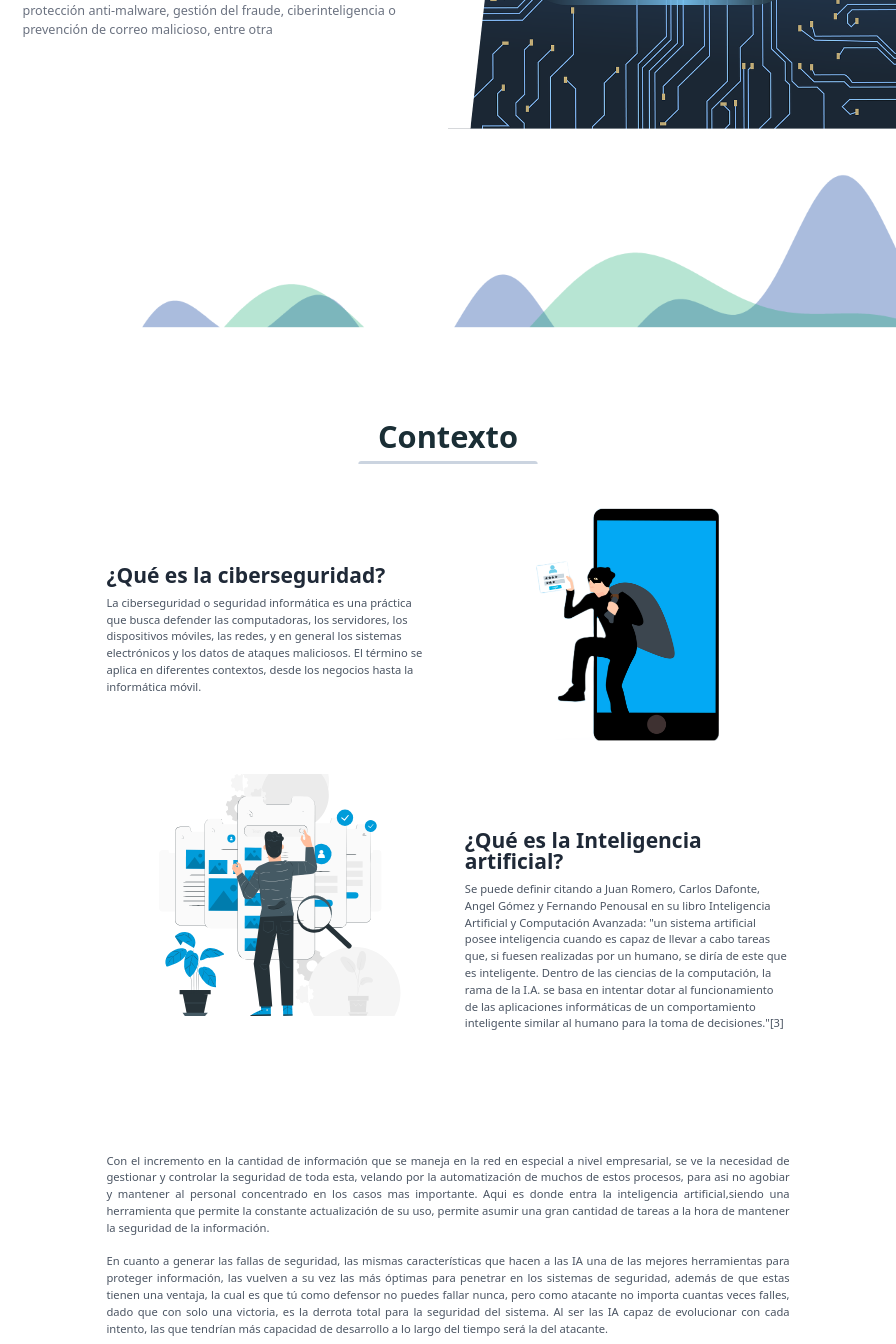
Repository: cardacar/fdi-2022
Page: /
An editor plug-in stored every save of this project. The page is shown before and after the next save, followed by the edit.
The browser window is 1280 px wide. The pictures show the part of the page from y = 674 to 2594 px (the page is 5882 px tall before and 5594 px after), at 70% of full size.
The project was rebuilt for these pictures with package versions that can differ from the ones it lists, and the page was loaded fresh each time. The framework's server and built-in components were replaced by stand-ins that run in the browser. Also part of the build but not shown: next.config.js.

Above is the page before, as saved 2022-08-07 16:24:41.

After the next save:
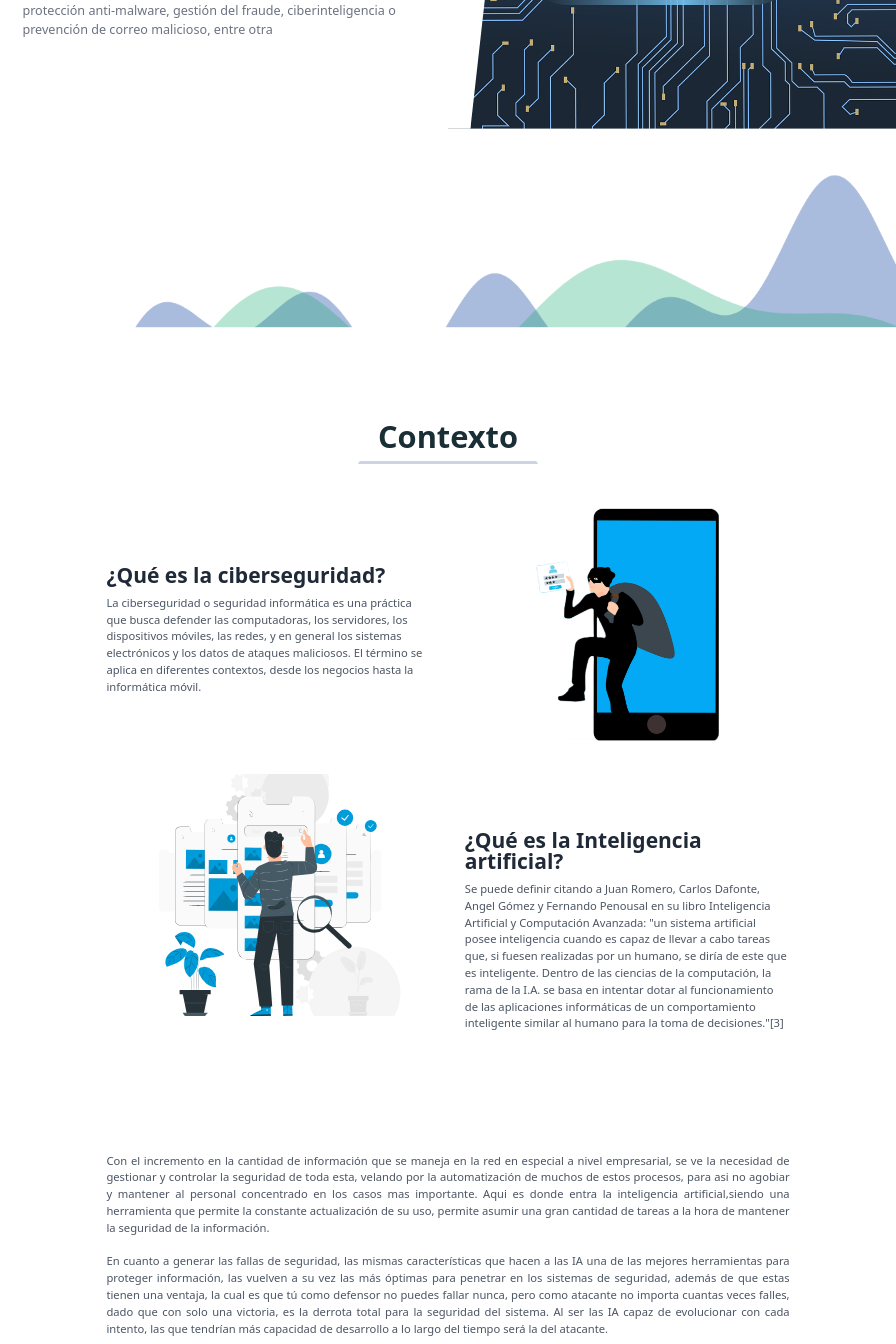
Saved 48 s later.
--- a/src/components/Problema.tsx
+++ b/src/components/Problema.tsx
@@ -1,10 +1,6 @@
 import React from "react";
 
-import config from "../config/index.json";
-
 const Problema = () => {
-  const { features } = config;
-  const { title, subtitle, description, items: featuresList } = features;
   return (
     <div className={`py-12 bg-background`} id="problema">
       <div className="max-w-7xl mx-auto px-4 sm:px-6 lg:px-8">
@@ -12,7 +8,7 @@ const Problema = () => {
           <h2
             className={`text-base text-primary font-semibold tracking-wide uppercase`}
           >
-            {title}
+
           </h2>
           <p className="mt-2 text-3xl leading-8 font-extrabold tracking-tight text-gray-900 sm:text-4xl">
             Problema
@@ -39,31 +35,6 @@ const Problema = () => {
           </p>
         </div>
 
-        <div className="mt-10">
-          <dl className="space-y-10 md:space-y-0 md:grid md:grid-cols-2 md:gap-x-8 md:gap-y-10">
-            {featuresList.map((feature) => (
-              <div key={feature.name} className="relative">
-                <dt>
-                  <div
-                    className={`absolute flex items-center justify-center h-12 w-12 rounded-md bg-background text-tertiary border-primary border-4`}
-                  >
-                    <img
-                      className={`inline-block h-6 w-6`}
-                      src={feature.icon}
-                      alt={feature.name}
-                    />
-                  </div>
-                  <p className="ml-16 text-lg leading-6 font-medium text-gray-900">
-                    {feature.name}
-                  </p>
-                </dt>
-                <dd className="mt-2 ml-16 text-base text-gray-500">
-                  {feature.description}
-                </dd>
-              </div>
-            ))}
-          </dl>
-        </div>
       </div>
     </div>
   );
